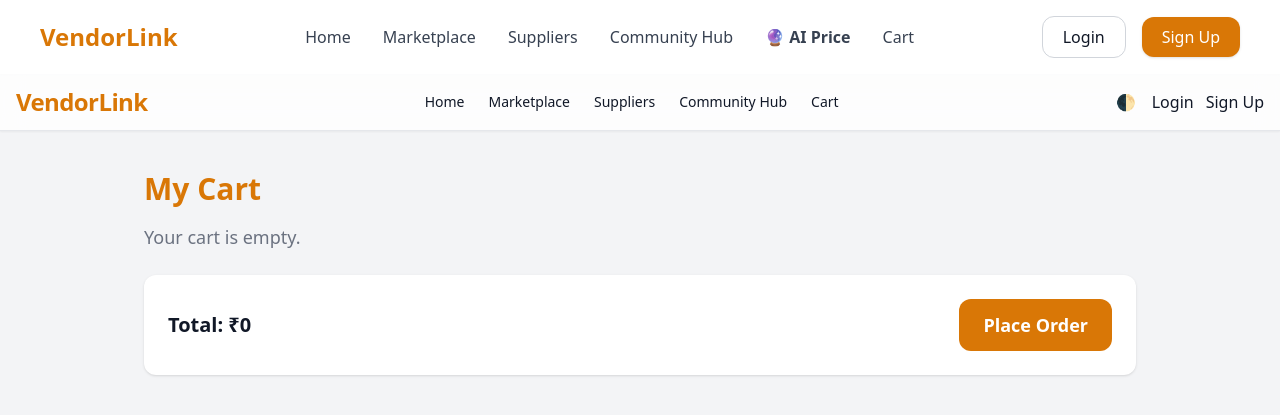
Repository: Omkar0746/VendorLink_Hackathon
Page: VendorLink_Project-main/frontend/cart.html
The author's editor kept a copy of each file at every save. The page is drawn from the files as they stood at one save, then again after the next save.
The browser window is 1280 px wide. The pictures show the whole page.
Some web libraries are served in a nearby version.

Above is the page before, as saved 2025-11-28 00:15:00.

### VendorLink_Project-main/frontend/cart.html
<!DOCTYPE html>
<html lang="en" class="bg-gray-100 dark:bg-gray-900">
<head>
  <meta charset="UTF-8">
  <title>My Cart • VendorLink</title>

  <script src="https://cdn.tailwindcss.com"></script>
  <script>
    tailwind.config = { darkMode: "class" };
  </script>

</head>

<body class="text-gray-900 dark:text-gray-100">

<!-- Navbar -->
<!-- NAVBAR START -->
<nav class="sticky top-0 z-50 bg-white/80 dark:bg-gray-900/80 backdrop-blur-md shadow-sm border-b border-gray-200 dark:border-gray-700">
  <div class="max-w-7xl mx-auto px-4 py-3 flex justify-between items-center">

    <div class="flex items-center gap-2 cursor-pointer" onclick="window.location.href='index.html'">
      <span class="text-2xl font-extrabold text-amber-600 tracking-tight">VendorLink</span>
    </div>

    <div class="flex items-center gap-6 text-sm font-medium">
      <a href="index.html" class="nav-link">Home</a>
      <a href="marketplace.html" class="nav-link">Marketplace</a>
      <a href="suppliers.html" class="nav-link">Suppliers</a>
      <a href="community.html" class="nav-link">Community Hub</a>
      <a href="cart.html" class="nav-link">Cart</a>

      <a id="nav-supplier-dashboard" href="supplier_dashboard.html" class="nav-link hidden">
        Dashboard
      </a>
    </div>

    <div class="flex items-center gap-4">

      <div id="roleSliderWrapper" class="hidden">
        <label class="flex items-center gap-2 text-sm font-medium text-gray-600 dark:text-gray-300">
          <span id="roleText"></span>
          <input id="roleToggle" type="checkbox" disabled class="toggle-checkbox">
        </label>
      </div>

      <button id="themeToggle" class="theme-btn">🌓</button>

      <div id="nav-auth-guest" class="flex items-center gap-3">
        <a href="login.html" class="btn-outline">Login</a>
        <a href="signup.html" class="btn-filled">Sign Up</a>
      </div>

      <div id="nav-auth-user" class="hidden relative">
        <button id="profileBtn" class="profile-btn">Profile ⬇</button>

        <div id="profileDropdown"
             class="hidden absolute right-0 mt-2 w-40 bg-white dark:bg-gray-800 shadow-md rounded-lg overflow-hidden">
          <a href="profile.html" class="dropdown-item">My Profile</a>

          <button id="logoutBtn"
                  class="dropdown-item text-red-500 hover:bg-red-50 dark:hover:bg-gray-700">
            Logout
          </button>
        </div>
      </div>
    </div>
  </div>
</nav>
<!-- NAVBAR END -->

<script type="module" src="assets/js/navbar.js"></script>

<section class="max-w-5xl mx-auto px-4 py-10">

  <h1 class="text-3xl font-bold text-amber-600 mb-4">My Cart</h1>

  <div id="cartContainer" class="space-y-4">
    <!-- Dynamic items appear here -->
  </div>

  <!-- Total & Checkout -->
  <div class="mt-6 bg-white dark:bg-gray-800 rounded-xl shadow p-6 flex justify-between items-center">
    <p class="text-xl font-bold">
      Total: ₹<span id="cartTotal">0</span>
    </p>

    <button id="checkoutBtn"
            class="bg-amber-600 hover:bg-amber-700 text-white py-3 px-6 rounded-xl text-lg font-semibold">
      Place Order
    </button>
  </div>

</section>

<script type="module" src="assets/js/cart.js"></script>

</body>
</html>

### VendorLink_Project-main/frontend/assets/js/navbar.js
// assets/js/navbar.js

document.addEventListener("DOMContentLoaded", () => {
  const nav = document.createElement("div");

  nav.innerHTML = `
    <nav class="w-full px-10 py-4 bg-white dark:bg-gray-900 shadow-sm flex items-center justify-between">

      <!-- Logo -->
      <a href="index.html" class="text-2xl font-bold text-amber-600">VendorLink</a>

      <!-- Navbar Links -->
      <ul class="flex items-center space-x-8 text-gray-700 dark:text-gray-200 font-medium">
        <li><a href="index.html" class="hover:text-amber-600">Home</a></li>
        <li><a href="marketplace.html" class="hover:text-amber-600">Marketplace</a></li>
        <li><a href="suppliers.html" class="hover:text-amber-600">Suppliers</a></li>
        <li><a href="community.html" class="hover:text-amber-600">Community Hub</a></li>

        <!-- ⭐ New AI Price Button -->
        <li>
          <a href="ai_predict.html" class="hover:text-purple-600 font-semibold">
            🔮 AI Price
          </a>
        </li>

        <li><a href="cart.html" class="hover:text-amber-600">Cart</a></li>
      </ul>

      <!-- Right Side Auth Buttons -->
      <div id="authButtons" class="flex items-center space-x-4"></div>

    </nav>
  `;

  document.body.prepend(nav);

  // -------------------------------
  // AUTHENTICATION STATE HANDLING
  // -------------------------------
  const authBox = document.getElementById("authButtons");
  const loggedUser = JSON.parse(localStorage.getItem("vendorlink_user"));

  if (!loggedUser) {
    // User NOT logged in → Show Login + Sign Up
    authBox.innerHTML = `
      <a href="login.html"
         class="px-5 py-2 border border-gray-300 rounded-xl hover:bg-gray-100 dark:hover:bg-gray-800">
        Login
      </a>

      <a href="signup.html"
         class="px-5 py-2 bg-amber-600 text-white rounded-xl hover:bg-amber-700 shadow">
        Sign Up
      </a>
    `;
  } else {
    // User Logged In → Show Profile + Logout
    authBox.innerHTML = `
      <a href="${loggedUser.role === "supplier" ? "supplier_dashboard.html" : "profile.html"}"
         class="flex items-center space-x-2">
        <img src="https://avatar.iran.liara.run/public"
             class="w-8 h-8 rounded-full border" />
        <span>${loggedUser.name}</span>
      </a>

      <button id="logoutBtn"
              class="px-5 py-2 bg-red-500 text-white rounded-xl hover:bg-red-600 shadow">
        Logout
      </button>
    `;

    // Logout Logic
    document.getElementById("logoutBtn").addEventListener("click", () => {
      localStorage.removeItem("vendorlink_user");
      window.location.href = "index.html";
    });
  }
});

### VendorLink_Project-main/frontend/assets/js/cart.js
import { api } from "./api.js";

let cart = JSON.parse(localStorage.getItem("cart") || "[]");
const cartContainer = document.getElementById("cartContainer");
const cartTotalEl = document.getElementById("cartTotal");
const checkoutBtn = document.getElementById("checkoutBtn");

function saveCart() {
  localStorage.setItem("cart", JSON.stringify(cart));
}

function updateTotal() {
  let total = 0;

  cart.forEach((item) => {
    total += item.price * item.qty;
  });

  cartTotalEl.textContent = total;
}

function increaseQty(index) {
  cart[index].qty += 1;
  saveCart();
  renderCart();
}

function decreaseQty(index) {
  if (cart[index].qty > 1) {
    cart[index].qty -= 1;
  } else {
    cart.splice(index, 1);
  }
  saveCart();
  renderCart();
}

function deleteItem(index) {
  cart.splice(index, 1);
  saveCart();
  renderCart();
}

function renderCart() {
  cartContainer.innerHTML = "";

  if (cart.length === 0) {
    cartContainer.innerHTML = `
      <p class="text-gray-500 text-lg">Your cart is empty.</p>
    `;
    updateTotal();
    return;
  }

  cart.forEach((item, index) => {
    cartContainer.innerHTML += `
      <div class="bg-white dark:bg-gray-800 rounded-xl shadow p-4 flex items-center gap-4">

        <img src="${item.image || 'https://cdn-icons-png.flaticon.com/512/3081/3081559.png'}"
             class="h-20 w-20 object-cover rounded-lg">

        <div class="flex-1">
          <h3 class="font-semibold text-lg">${item.name}</h3>
          <p class="text-sm text-gray-500">₹${item.price}/kg</p>

          <div class="flex items-center gap-3 mt-2">
            <button onclick="decreaseQty(${index})"
              class="px-3 py-1 bg-gray-200 dark:bg-gray-700 rounded-lg">-</button>

            <span class="font-semibold">${item.qty}</span>

            <button onclick="increaseQty(${index})"
              class="px-3 py-1 bg-gray-200 dark:bg-gray-700 rounded-lg">+</button>
          </div>
        </div>

        <button onclick="deleteItem(${index})"
                class="text-red-500 hover:text-red-700 font-semibold">
          Remove
        </button>

      </div>
    `;
  });

  updateTotal();
}

// Expose functions
window.increaseQty = increaseQty;
window.decreaseQty = decreaseQty;
window.deleteItem = deleteItem;

renderCart();

// Checkout (Place Order)
checkoutBtn.addEventListener("click", async () => {
  if (cart.length === 0) {
    alert("Your cart is empty!");
    return;
  }

  const user = JSON.parse(localStorage.getItem("user"));
  if (!user) {
    alert("Please login first.");
    window.location.href = "login.html";
    return;
  }

  // For now: choose supplier from first cart item
  const supplierId = cart[0].supplierId || "default";

  const orderData = {
    supplierId,
    items: cart,
    totalAmount: Number(cartTotalEl.textContent),
  };

  try {
    await api("/orders", "POST", orderData, true);

    localStorage.removeItem("cart");
    window.location.href = "order_success.html";
  } catch (err) {
    alert("Failed to place order.");
  }
});

### VendorLink_Project-main/frontend/assets/js/api.js
// assets/js/api.js

export const API_BASE = "http://localhost:5000/api";

export async function api(endpoint, method = "GET", body = null, auth = false) {
  const headers = { "Content-Type": "application/json" };

  if (auth) {
    const token = localStorage.getItem("token");
    if (token) {
      headers["Authorization"] = `Bearer ${token}`;
    }
  }

  const res = await fetch(`${API_BASE}${endpoint}`, {
    method,
    headers,
    body: body ? JSON.stringify(body) : null,
  });

  const data = await res.json();

  if (!res.ok) {
    throw new Error(data.error || data.message || "Request failed");
  }

  return data;
}

After the next save:
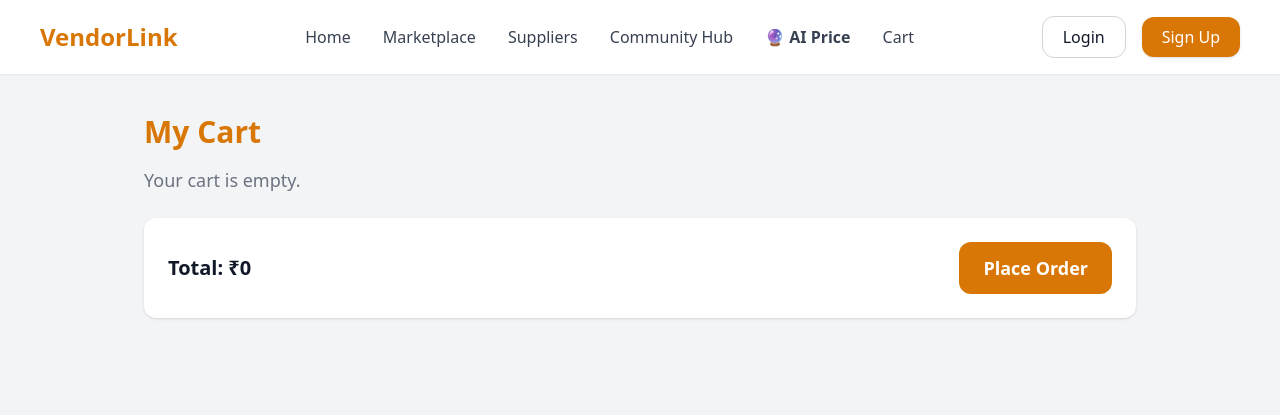
Saved 34 s later.
--- a/VendorLink_Project-main/frontend/cart.html
+++ b/VendorLink_Project-main/frontend/cart.html
@@ -14,59 +14,7 @@
 <body class="text-gray-900 dark:text-gray-100">
 
 <!-- Navbar -->
-<!-- NAVBAR START -->
-<nav class="sticky top-0 z-50 bg-white/80 dark:bg-gray-900/80 backdrop-blur-md shadow-sm border-b border-gray-200 dark:border-gray-700">
-  <div class="max-w-7xl mx-auto px-4 py-3 flex justify-between items-center">
 
-    <div class="flex items-center gap-2 cursor-pointer" onclick="window.location.href='index.html'">
-      <span class="text-2xl font-extrabold text-amber-600 tracking-tight">VendorLink</span>
-    </div>
-
-    <div class="flex items-center gap-6 text-sm font-medium">
-      <a href="index.html" class="nav-link">Home</a>
-      <a href="marketplace.html" class="nav-link">Marketplace</a>
-      <a href="suppliers.html" class="nav-link">Suppliers</a>
-      <a href="community.html" class="nav-link">Community Hub</a>
-      <a href="cart.html" class="nav-link">Cart</a>
-
-      <a id="nav-supplier-dashboard" href="supplier_dashboard.html" class="nav-link hidden">
-        Dashboard
-      </a>
-    </div>
-
-    <div class="flex items-center gap-4">
-
-      <div id="roleSliderWrapper" class="hidden">
-        <label class="flex items-center gap-2 text-sm font-medium text-gray-600 dark:text-gray-300">
-          <span id="roleText"></span>
-          <input id="roleToggle" type="checkbox" disabled class="toggle-checkbox">
-        </label>
-      </div>
-
-      <button id="themeToggle" class="theme-btn">🌓</button>
-
-      <div id="nav-auth-guest" class="flex items-center gap-3">
-        <a href="login.html" class="btn-outline">Login</a>
-        <a href="signup.html" class="btn-filled">Sign Up</a>
-      </div>
-
-      <div id="nav-auth-user" class="hidden relative">
-        <button id="profileBtn" class="profile-btn">Profile ⬇</button>
-
-        <div id="profileDropdown"
-             class="hidden absolute right-0 mt-2 w-40 bg-white dark:bg-gray-800 shadow-md rounded-lg overflow-hidden">
-          <a href="profile.html" class="dropdown-item">My Profile</a>
-
-          <button id="logoutBtn"
-                  class="dropdown-item text-red-500 hover:bg-red-50 dark:hover:bg-gray-700">
-            Logout
-          </button>
-        </div>
-      </div>
-    </div>
-  </div>
-</nav>
-<!-- NAVBAR END -->
 
 <script type="module" src="assets/js/navbar.js"></script>
 
